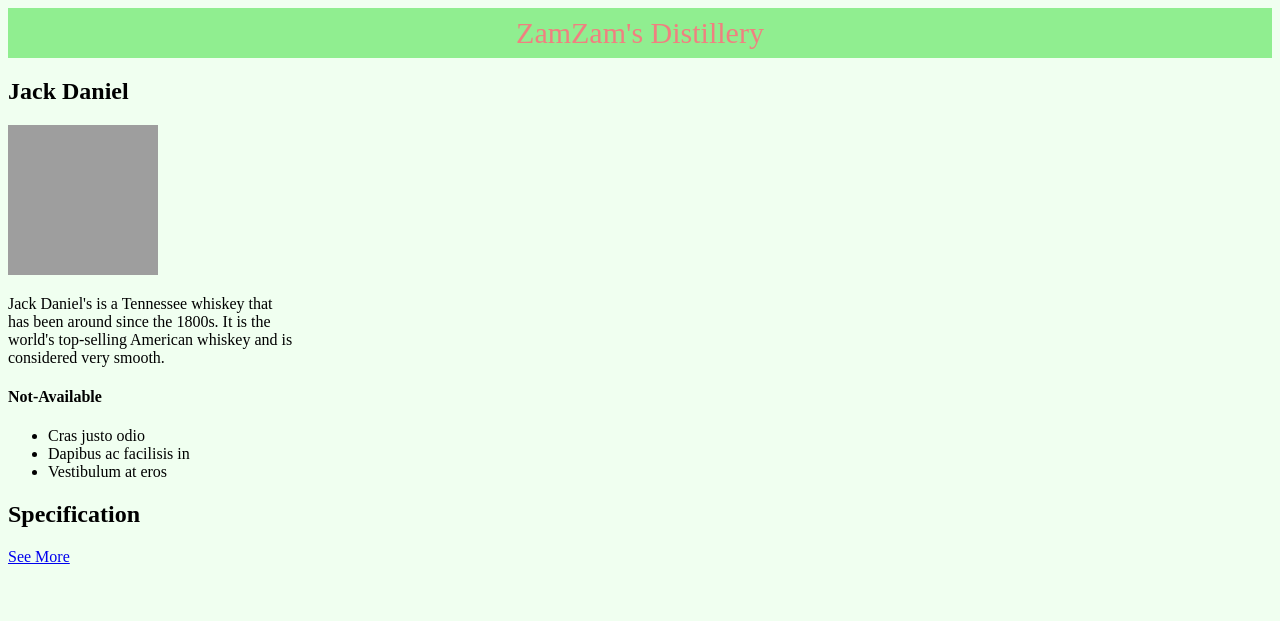
Repository: ZamlZam/REPO-11
Page: product-cards/index.html
These files come from the project's save history. The page is drawn as it stood at one moment and after a run of saves; the edit follows.
The browser window is 1280 px wide. The pictures show the whole page.
Pictures or frames that could not be fetched are drawn as grey boxes.

Above is the page before, as saved 2023-04-13 13:35:22.

### product-cards/index.html
<!DOCTYPE html>
<html lang="en">
<head>
  <meta charset="UTF-8">
  <meta http-equiv="X-UA-Compatible" content="IE=edge">
  <meta name="viewport" content="width=device-width, initial-scale=1.0">
  <title>Document</title>
  <link rel="stylesheet" href="main.css">
</head>
<body>

  <div class ="wrapper">
    <div class="header"> ZamZam's Distillery</div>

  <div class="card-wrap"
    <div class="card1" style="width: 18rem;">
      <h2 class="Jack Daniel">Jack Daniel</h2>
     <img src="https://www.finewinedelivery.co.nz/content/products/original/16561.jpg?width=1136" height = "150px" width="150px" alt="">
    <div class="card-body">

      <p class="card-text">Jack Daniel's is a Tennessee whiskey that has been around since the 1800s. It is the world's top-selling American whiskey and is considered very smooth.</p>
    </div>
  </div>
    <h4 class="Available">Not-Available</h4>
    <ul class="list-group list-group-flush">
      <li class="list-group-item">Cras justo odio</li>
      <li class="list-group-item">Dapibus ac facilisis in</li>
      <li class="list-group-item">Vestibulum at eros</li>
    </ul>
    <h2 class="specification">Specification</h2>
    <div class="card-body">
      <a href="#" class="btn btn-primary">See More</a>

    </div>
  </div>
</body>


</html>

### product-cards/main.css
body{
  background-color:honeydew;
}

.wrapper .header {
  width: 100%;
  height: 50px;
  background: lightgreen;
  color: lightcoral;
  text-align: center;
  align-items: center;
  font-size: 30px;
  display:flex;
  justify-content: center;
  font-weight:500;
}

After the next 2 saves:
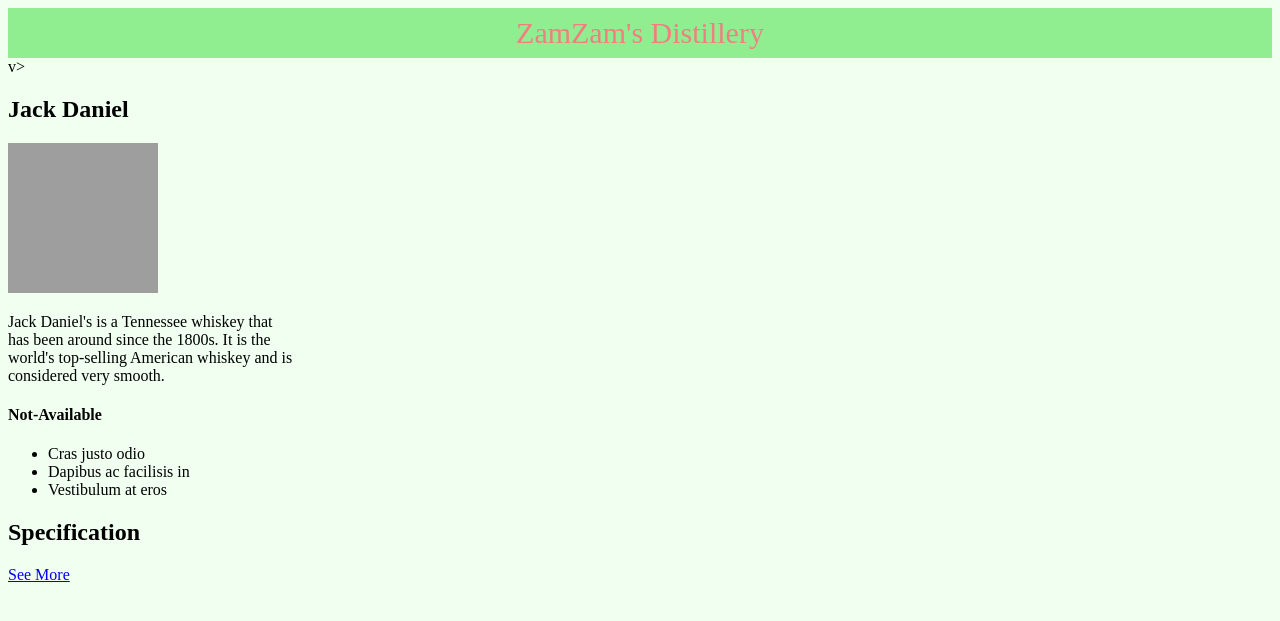
The 2 saves are shown as one change because they came seconds apart.
The last was saved 20 s later.
--- a/product-cards/index.html
+++ b/product-cards/index.html
@@ -12,7 +12,7 @@
   <div class ="wrapper">
     <div class="header"> ZamZam's Distillery</div>
 
-  <div class="card-wrap"
+  <div class="card-wrap">v>
     <div class="card1" style="width: 18rem;">
       <h2 class="Jack Daniel">Jack Daniel</h2>
      <img src="https://www.finewinedelivery.co.nz/content/products/original/16561.jpg?width=1136" height = "150px" width="150px" alt="">

After the save that followed:
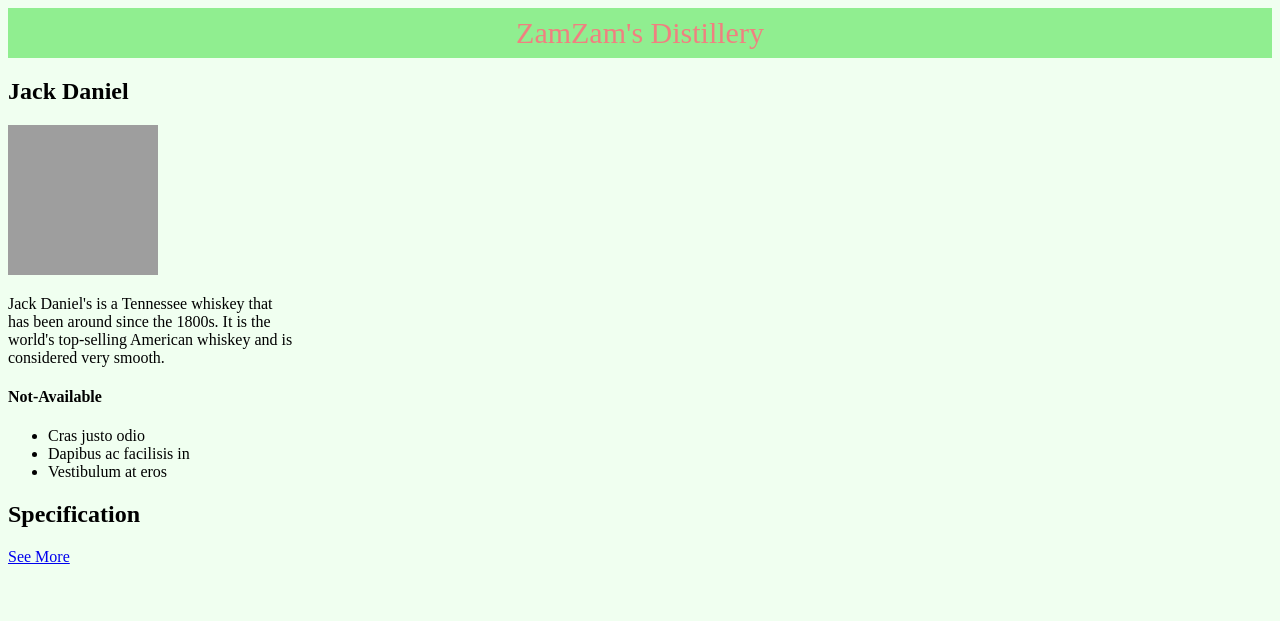
Saved 11 s later.
--- a/product-cards/index.html
+++ b/product-cards/index.html
@@ -12,7 +12,7 @@
   <div class ="wrapper">
     <div class="header"> ZamZam's Distillery</div>
 
-  <div class="card-wrap">v>
+  <div class="card-wrap">
     <div class="card1" style="width: 18rem;">
       <h2 class="Jack Daniel">Jack Daniel</h2>
      <img src="https://www.finewinedelivery.co.nz/content/products/original/16561.jpg?width=1136" height = "150px" width="150px" alt="">
